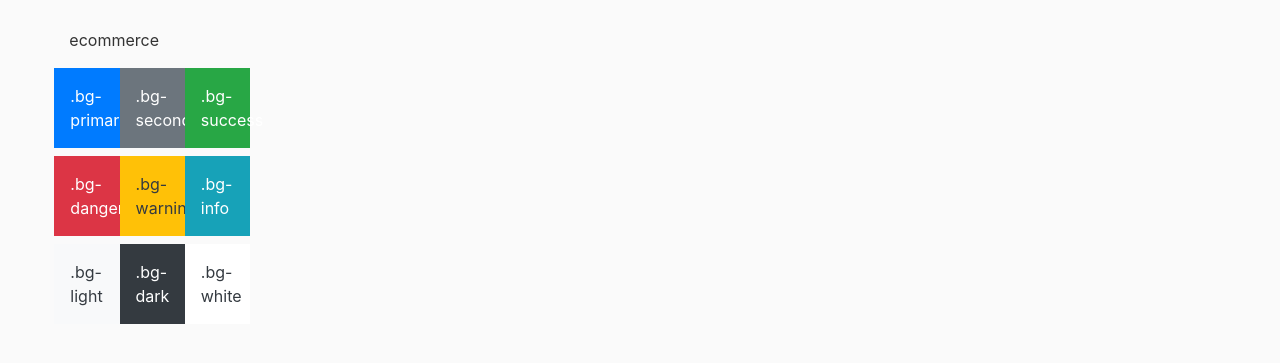
Repository: khanhdk0000/first_proj
Page: http://localhost/about?my_var=ecommerce
An editor plug-in stored every save of this project. The page is shown before and after a run of saves, followed by the edit.
The browser window is 1280 px wide. The pictures show the whole page.
Some web libraries are served in a nearby version. The page is served by the project's application, run on Flask 3 (flaskblog.py).

Above is the page before, as saved 2021-05-25 11:52:53.

### templates/about.html
{% extends "layout.html" %} {% block content %}
<div class="flex-center">
<div>
<p>{{ var}}</p>
<div class="row">
    <div class="col-2 p-3 mb-2 bg-primary text-white">.bg-primary</div>
    <div class="col-2 p-3 mb-2 bg-secondary text-white">.bg-secondary</div>
    <div class="col-2 p-3 mb-2 bg-success text-white">.bg-success</div>
</div>

<div class="row">
    <div class="col-2 p-3 mb-2 bg-danger text-white">.bg-danger</div>
    <div class="col-2 p-3 mb-2 bg-warning text-dark">.bg-warning</div>
    <div class="col-2 p-3 mb-2 bg-info text-white">.bg-info</div>
</div>

<div class="row">
    <div class="col-2 p-3 mb-2 bg-light text-dark">.bg-light</div>
    <div class="col-2 p-3 mb-2 bg-dark text-white">.bg-dark</div>
    <div class="col-2 p-3 mb-2 bg-white text-dark">.bg-white</div>
</div>
</div>
</div>

{% endblock content %}

### templates/layout.html
<!DOCTYPE html>
<html>
  <head>
    <!-- Required meta tags -->
    <meta charset="utf-8" />
    <meta
      name="viewport"
      content="width=device-width, initial-scale=1, shrink-to-fit=no"
    />

    <!-- Bootstrap CSS -->
    <link
      rel="stylesheet"
      href="https://maxcdn.bootstrapcdn.com/bootstrap/4.0.0/css/bootstrap.min.css"
      integrity="sha384-Gn5384xqQ1aoWXA+058RXPxPg6fy4IWvTNh0E263XmFcJlSAwiGgFAW/dAiS6JXm"
      crossorigin="anonymous"
    />

    <link
      rel="stylesheet"
      type="text/css"
      href="{{ url_for('static', filename='main.css') }}"
    />

    {% if title %}
    <title>Flask Blog - {{ title }}</title>
    {% else %}
    <title>Flask Blog</title>
    {% endif %}
  </head>
  <body>
    {% block content %}{% endblock %}

    <!-- Optional JavaScript -->
    <!-- jQuery first, then Popper.js, then Bootstrap JS -->
    <script
      src="https://code.jquery.com/jquery-3.2.1.slim.min.js"
      integrity="sha384-KJ3o2DKtIkvYIK3UENzmM7KCkRr/rE9/Qpg6aAZGJwFDMVNA/GpGFF93hXpG5KkN"
      crossorigin="anonymous"
    ></script>
    <script
      src="https://cdnjs.cloudflare.com/ajax/libs/popper.js/1.12.9/umd/popper.min.js"
      integrity="sha384-ApNbgh9B+Y1QKtv3Rn7W3mgPxhU9K/ScQsAP7hUibX39j7fakFPskvXusvfa0b4Q"
      crossorigin="anonymous"
    ></script>
    <script
      src="https://maxcdn.bootstrapcdn.com/bootstrap/4.0.0/js/bootstrap.min.js"
      integrity="sha384-JZR6Spejh4U02d8jOt6vLEHfe/JQGiRRSQQxSfFWpi1MquVdAyjUar5+76PVCmYl"
      crossorigin="anonymous"
    ></script>
    <!-- MDB -->
    <script
      type="text/javascript"
      src="https://cdnjs.cloudflare.com/ajax/libs/mdb-ui-kit/3.5.0/mdb.min.js"
    ></script>
  </body>
</html>

### flaskblog.py
from flask import Flask, render_template, url_for, request
app = Flask(__name__)


posts = [
    {
        'author': 'Corey Schafer',
        'title': 'Blog Post 1',
        'content': 'First post content',
        'date_posted': 'April 20, 2018'
    },
    {
        'author': 'Jane Doe',
        'title': 'Blog Post 2',
        'content': 'Second post content',
        'date_posted': 'April 21, 2018'
    }
]

@app.route('/')
@app.route('/home')
def hello_world():
    return render_template('home.html', posts=posts, title='Hey')

@app.route('/about')
def about():
    my_var = request.args.get('my_var', None)
    return render_template('about.html', posts=posts, var=my_var)

if __name__ == '__main__':
    app.run(debug=True)

### static/main.css
body {
    background: #fafafa;
    color: #333333;
    margin-top: 5rem;
    height: 100%;
  }

  h1, h2, h3, h4, h5, h6 {
    color: #444444;
  }

  .bg-steel {
    background-color: #5f788a;
  }

  .site-header .navbar-nav .nav-link {
    color: #cbd5db;
  }

  .site-header .navbar-nav .nav-link:hover {
    color: #ffffff;
  }

  .site-header .navbar-nav .nav-link.active {
    font-weight: 500;
  }

  .content-section {
    background: #ffffff;
    padding: 10px 20px;
    border: 1px solid #dddddd;
    border-radius: 3px;
    margin-bottom: 20px;
  }

  .article-title {
    color: #444444;
  }

  a.article-title:hover {
    color: #428bca;
    text-decoration: none;
  }

  .article-content {
    white-space: pre-line;
  }

  .article-img {
    height: 65px;
    width: 65px;
    margin-right: 16px;
  }

  .article-metadata {
    padding-bottom: 1px;
    margin-bottom: 4px;
    border-bottom: 1px solid #e3e3e3
  }

  .article-metadata a:hover {
    color: #333;
    text-decoration: none;
  }

  .article-svg {
    width: 25px;
    height: 25px;
    vertical-align: middle;
  }

  .account-img {
    height: 125px;
    width: 125px;
    margin-right: 20px;
    margin-bottom: 16px;
  }

  .account-heading {
    font-size: 2.5rem;
  }

  .vertical-center {
    min-height: 100%;  /* Fallback for browsers do NOT support vh unit */
    min-height: 100vh; /* These two lines are counted as one :-)       */

    justify-content:center;
    display: flex;
    align-items: center;
  }

  .flex-center {
    display: flex;
    justify-content: center;
    align-items: center;
    height: 200px;
    width: 500px;
  }

After the next 2 saves:
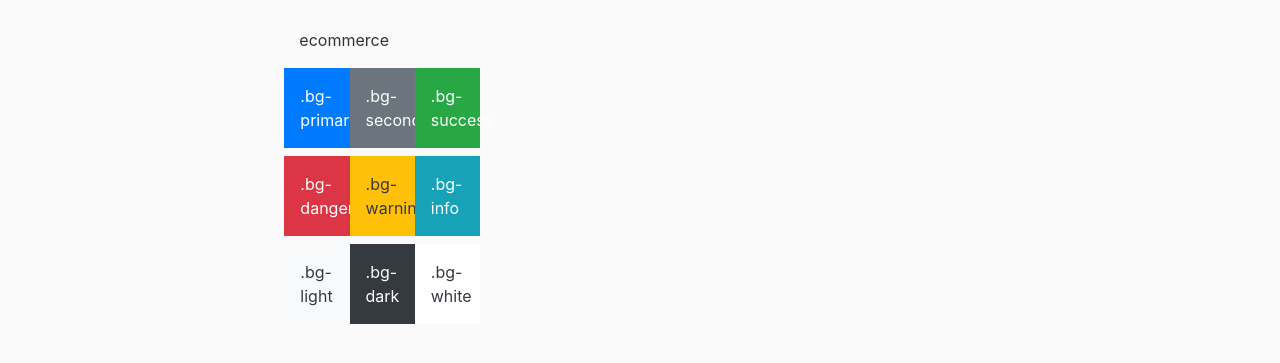
The 2 saves are shown as one change because they came seconds apart.
The last was saved 13 s later.
--- a/static/main.css
+++ b/static/main.css
@@ -94,5 +94,5 @@ body {
     justify-content: center;
     align-items: center;
     height: 200px;
-    width: 500px;
+    width: 75%;
   }
